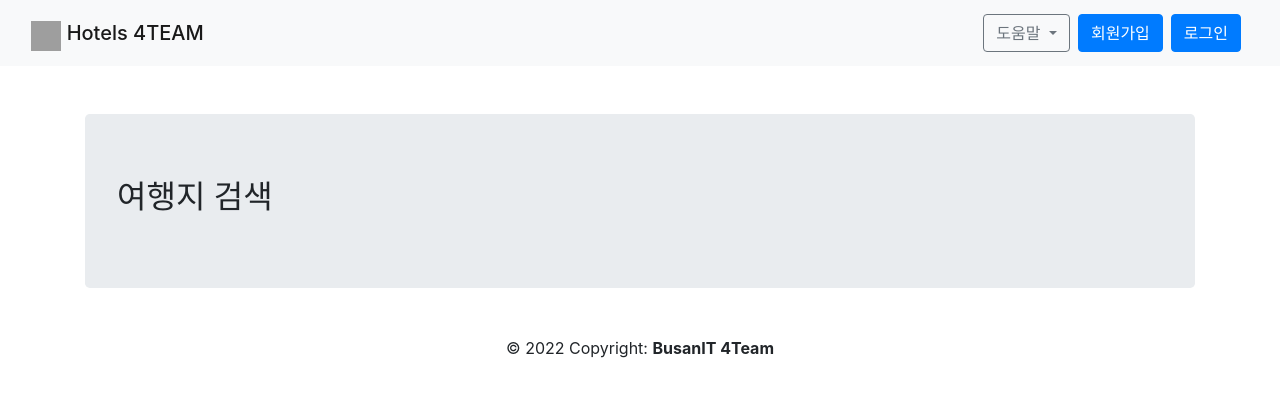
Repository: ShinKioh/Hotel_project
Page: http://localhost/HOTEL/home.jsp
These files come from the project's save history. The page is drawn as it stood at one moment and after the next save; the edit follows.
The browser window is 1280 px wide. The pictures show the whole page.
Pictures or frames that could not be fetched are drawn as grey boxes. The page is served by Tomcat 9.

Above is the page before, as saved 2022-02-18 00:01:27.

After the next save:
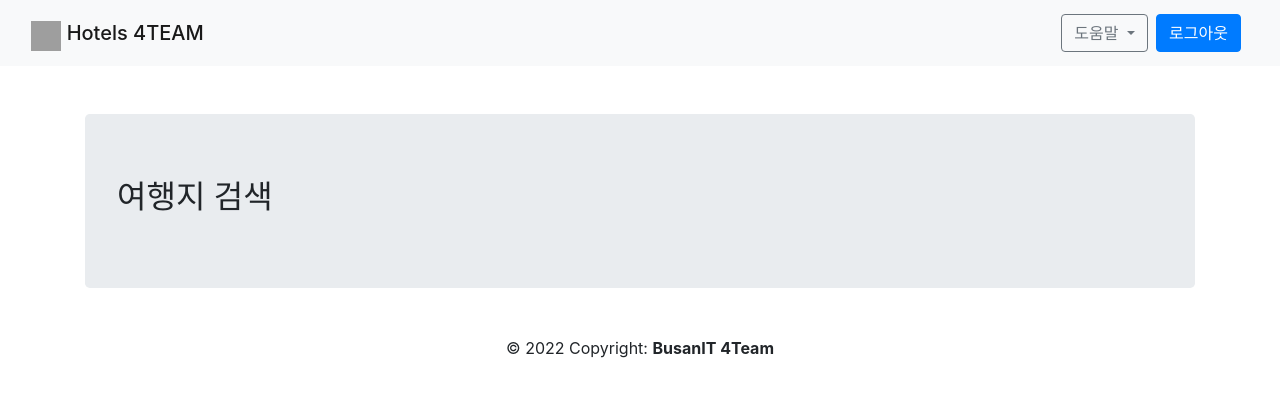
Saved 70 min 30 s later.
--- a/HOTEL/WebContent/home.jsp
+++ b/HOTEL/WebContent/home.jsp
@@ -33,8 +33,7 @@
 								class="dropdown-item" href="#">FAQ</a>
 						</div>
 					</div>
-					<a class="btn btn-primary mr-2" href="../register/register.jsp">회원가입</a>
-					<a class="btn btn-primary mr-2" href="../login/login.jsp">로그인</a>
+					<a class="btn btn-primary mr-2" href="../login/login.jsp">로그아웃</a>
 				</div>
 			</div>
 		</nav>
